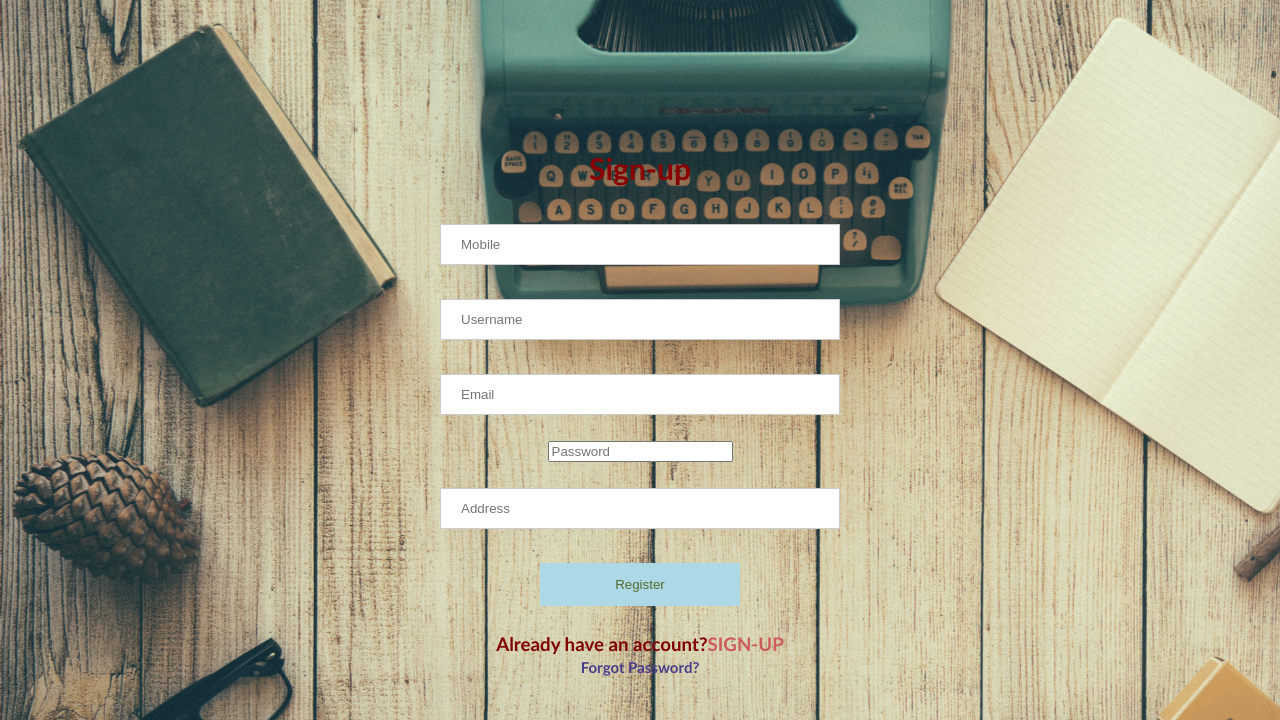
Repository: NAYAN9534/vehicle-booking-system
Page: http://localhost/minor/userlogin.jsp
An editor plug-in stored every save of this project. The page is shown before and after the next save, followed by the edit.
The browser window is 1280 px wide. The pictures show the whole page.
The page is served by Tomcat 9.

Above is the page before, as saved 2017-05-25 07:43:12.

After the next save:
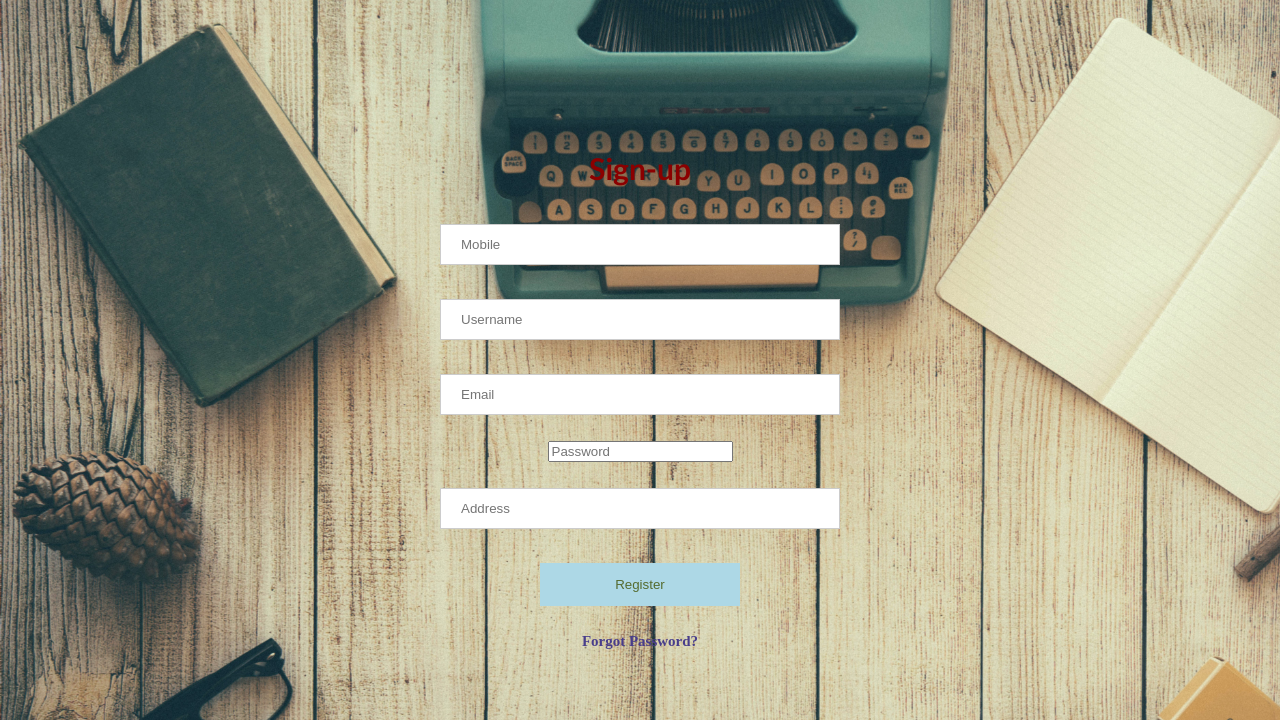
Saved 45 s later.
--- a/minor/WebContent/userlogin.jsp
+++ b/minor/WebContent/userlogin.jsp
@@ -84,7 +84,7 @@
 
 </form>
 
-<h3 style="color:maroon; font-family:calibri;">Already have an account?<a href="userlogin.jsp"><span>SIGN-UP</span></a</h3>
+<!-- <h3 style="color:maroon; font-family:calibri;">Already have an account?<a href="userlogin.jsp"><span>SIGN-UP</span></a</h3>-->
  <br><a class="forgot" href=""><b>Forgot Password?</b></a>
 </center>
 

After the save that followed:
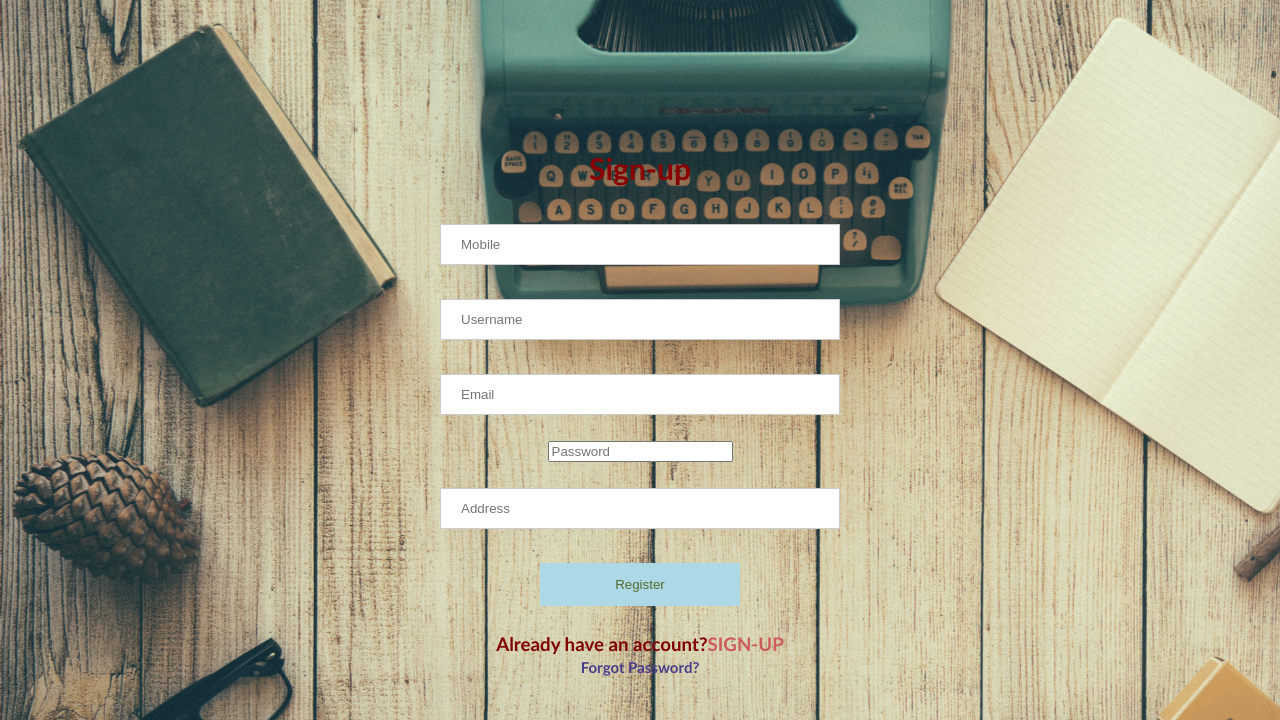
Saved 2 min 44 s later.
--- a/minor/WebContent/userlogin.jsp
+++ b/minor/WebContent/userlogin.jsp
@@ -1,4 +1,3 @@
-<!doctype html>
 <!DOCTYPE html>
 <html>
 <head>
@@ -84,7 +83,7 @@
 
 </form>
 
-<!-- <h3 style="color:maroon; font-family:calibri;">Already have an account?<a href="userlogin.jsp"><span>SIGN-UP</span></a</h3>-->
+ <h3 style="color:maroon; font-family:calibri;">Already have an account?<a href="userlogin.jsp"><span>SIGN-UP</span></a</h3>
  <br><a class="forgot" href=""><b>Forgot Password?</b></a>
 </center>
 
